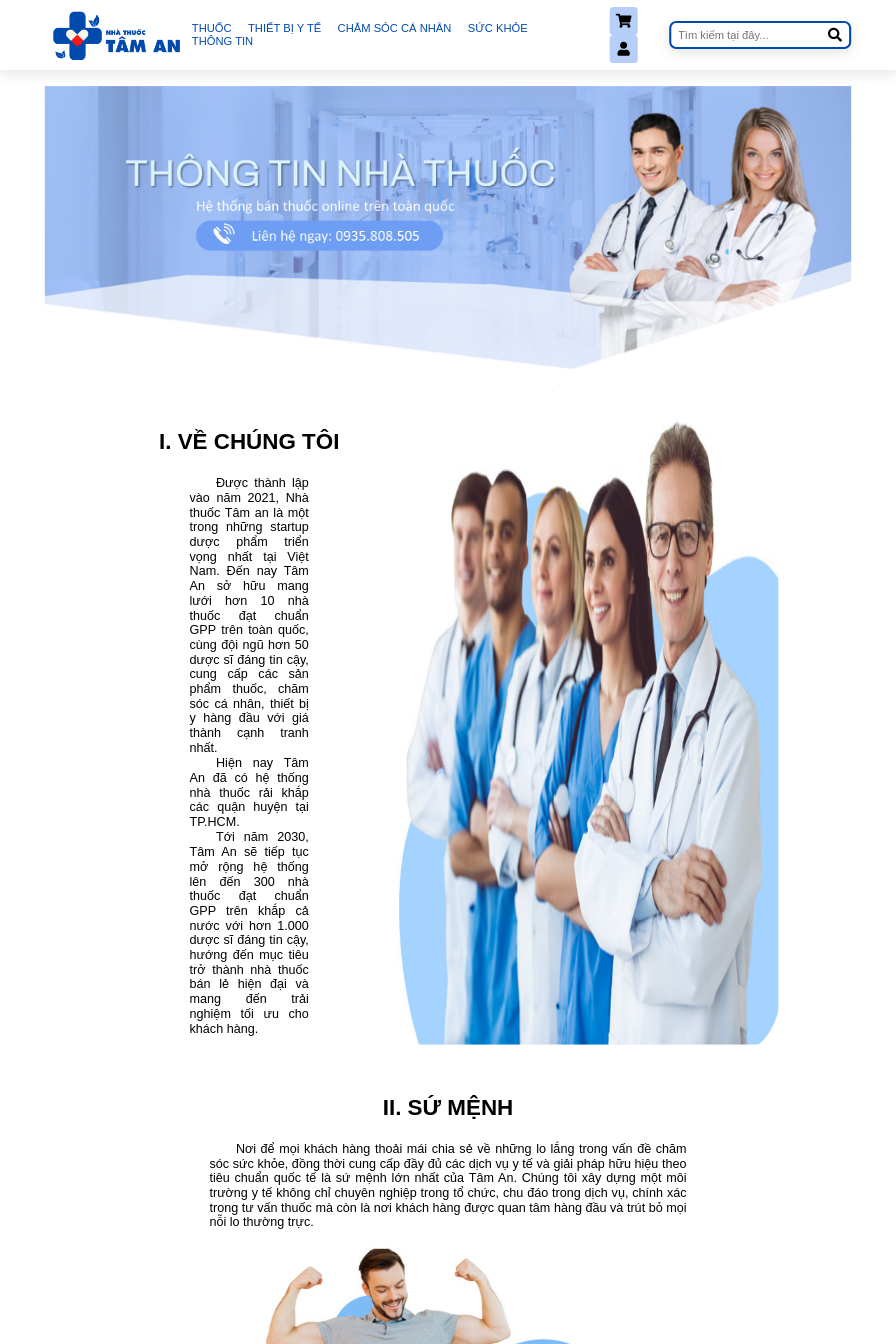
Repository: ViralAIWorks/TamAnPharmacy.github.io
Page: pages/thongtin.html
These files come from the project's save history. The page is drawn as it stood at one moment and after the next save; the edit follows.
The browser window is 1280 px wide. The pictures show the part of the page from y = 0 to 1920 px (the page is 2915 px tall before and 4819 px after), at 70% of full size.
Some web fonts or font styles are not loaded; a fallback is used.

Above is the page before, as saved 2022-03-14 10:23:25.

### pages/thongtin.html
<!DOCTYPE html>

<html lang="en">

<head>
    <meta charset="utf-8" />
    <meta http-equiv="X-UA-Compatible" content="IE-edge" />
    <meta name="viewport" content="width=devive-width, initial-scale=1.0" />
    <title>Tâm An - About Us</title>
    <link href="images/logo/Tâm An Pharmacy.png" rel="icon" />
    <!--CSS cho icon va framework-->
    <link rel="stylesheet" href="https://cdnjs.cloudflare.com/ajax/libs/font-awesome/5.15.4/css/all.min.css" />
    <!--Custom css-->
    <link href="style/style_cactrang.css" rel="stylesheet" />
    <!--Css cho mobile-->
    <link rel="stylesheet" href="https://unpkg.com/swiper@7/swiper-bundle.min.css" />
</head>

<body>
    <!--Tạo header-->
    <header class="header">
        <a href="/index.html">

            <img src="images/logo/logo2.png" class="logo" width="200" height="200" alt="tamanlogo" />
        </a>
        <!--tao thanh navbar-->
        <nav class="navbar">
            <a href="thuoc.html">THUỐC</a>
            <a href="thietbiyte.html">THIẾT BỊ Y TẾ</a>
            <a href="chamsoccanhan.html">CHĂM SÓC CÁ NHÂN</a>
            <a href="suckhoe.html">SỨC KHỎE</a>
            <a href="thongtin.html">THÔNG TIN</a>
        </nav>
        <!--tao thanh tim kiem, gio hang va nutlogin-->
        <div class="icons">
            <div class="fas fa-search" id="search-btn"></div>
            <div class="fas fa-shopping-cart" id="cart-btn"></div>
            <div class="fas fa-user" id="login-btn"></div>
        </div>

        <!--Tao form tim kiem-->
        <form action="" class="search-form">
            <input type="search" id="search-box" placeholder="Tìm kiếm tại đây..." />
            <label for="search-box" class="fas fa-search"></label>
        </form>
    </header>

    <!-- bodythongtin -->
    <main class="pagethongtin">
        <img src="images/aboutus.jpg" id="aboutus-picture">
        <br>
        <div class="content">
            <!-- Về chúng tôi -->
            <div class="infomation">
                <div class="flex-info">
                    <div>
                        <h3 class="titleSize">I. VỀ CHÚNG TÔI</h3>
                        <p class="align-p"> Được thành lập vào năm 2021, Nhà thuốc Tâm an là một trong những startup dược phẩm triển vọng nhất tại Việt Nam. Đến nay Tâm An sở hữu mang lưới hơn 10 nhà thuốc đạt chuẩn GPP trên toàn quốc, cùng đội ngũ hơn 50 dược sĩ đáng tin
                            cậy, cung cấp các sản phẩm thuốc, chăm sóc cá nhân, thiết bị y hàng đầu với giá thành cạnh tranh nhất.
                            <p class="align-p"> Hiện nay Tâm An đã có hệ thống nhà thuốc rải khắp các quận huyện tại TP.HCM.</p>
                            <p class="align-p"> Tới năm 2030, Tâm An sẽ tiếp tục mở rộng hệ thống lên đến 300 nhà thuốc đạt chuẩn GPP trên khắp cả nước với hơn 1.000 dược sĩ đáng tin cậy, hướng đến mục tiêu trở thành nhà thuốc bán lẻ hiện đại và mang đến trải nghiệm tối
                                ưu cho khách hàng.</p>
                        </p>
                    </div>
                    <img src="images/4NewInfo/2.png" class="img25-position">
                </div>
            </div>
            <br>
            <!-- Sứ mệnh -->
            <div class="destiny">
                <div class="grid-des">
                    <div id="margin-des">
                        <h3 class="titleSize">II. SỨ MỆNH</h3>
                        <p>Nơi để mọi khách hàng thoải mái chia sẻ về những lo lắng trong vấn đề chăm sóc sức khỏe, đồng thời cung cấp đầy đủ các dịch vụ y tế và giải pháp hữu hiệu theo tiêu chuẩn quốc tế là sứ mệnh lớn nhất của Tâm An. Chúng tôi xây dựng
                            một môi trường y tế không chỉ chuyên nghiệp trong tổ chức, chu đáo trong dịch vụ, chính xác trong tư vấn thuốc mà còn là nơi khách hàng được quan tâm hàng đầu và trút bỏ mọi nỗi lo thường trực.</p>
                        <img src="images/4NewInfo/3.png" id="img3-position">
                    </div>
                </div>
            </div>
            <br>
            <!-- Tầm nhìn -->
            <div class="vision">
                <div class="flex-vision">
                    <div>
                        <h3 class="titleSize">III. TẦM NHÌN</h3>
                        <p class="align-p">Chúng tôi hiểu rằng, y tế là một trong những lĩnh vực quan trọng bậc nhất để xây dựng một cộng đồng khỏe mạnh và phát triển. Đó là lý do Tâm An ra đời dựa trên nền tảng đội ngũ nhân sự có kinh nghiệm hoạt động dày dặn và những
                            nguồn lực dồi dào nhằm kiến tạo một môi trường y tế chuyên nghiệp, chất lượng, đầy đủ các dịch vụ, tạo ra nhiều tiện ích cho cộng đồng.</p>
                    </div>
                    <img src="images/4NewInfo/5.png" class="img25-position">
                </div>
            </div>
        </div>
    </main>
</body>
<footer>
    <div class="list">
        <div class="footer-menu">
            <h2>VỀ CHÚNG TÔI</h2>
            <div class="ft-list">
                <a href=""> Giới thiệu </a>
                <a href=""> Hệ thống cửa hàng </a>
                <a href=""> Giấy phép kinh doanh </a>
                <a href=""> Quy chế hoạt động </a>
                <a href=""> Chính sách đặt cọc </a>
                <a href=""> Chính sách đổi trả thuốc </a>
                <a href=""> Chính sách giao hàng </a>
                <a href=""> Chính sách bảo mật </a>
                <a href=""> Chính sách thanh toán </a>
                <a href=""> Kiểm tra hóa đơn điện tử </a>
                <a href=""> Tra cứu đơn hàng </a>
            </div>
        </div>
        <div class="footer-menu">
            <h2>DANH MỤC</h2>
            <div class="ft-list">
                <a href=""> Thực phẩm chức năng </a>
                <a href=""> Dược mỹ phẩm </a>
                <a href=""> Chăm sóc cá nhân </a>
                <a href=""> Thuốc </a>
                <a href=""> Trang thiết bị y tế </a>
                <a href=""> Bệnh </a>
            </div>
        </div>
        <div class="footer-menu">
            <h2>THỰC PHẨM CHỨC NĂNG</h2>
            <div class="ft-list">
                <a href="">Cải thiện tăng cường chức năng</a>
                <a href=""> Thảo dược-Thực phẩm tư nhân </a>
                <a href=""> Vitamin </a>
                <a href=""> Hỗ trợ điều trị </a>
                <a href=""> Canxi </a>
            </div>
        </div>
        <div class="footer-contact_width">
            <div class="ft-contact">
                <div>
                    <p class="ft-service">Tư vấn mua hàng (miễn phí)</p>
                    <a href="" class="phone">0696 9696 - Hotline</a>
                </div>
                <div>
                    <p class="ft-service">Góp ý, khiếu nại</p>
                    <a href="" class="phone">0123 4567 - Hotline</a>
                </div>

            </div>
        </div>
    </div>

</footer>

</html>

### pages/style/style_cactrang.css
@import url("https://fonts.googleapis.com/css2?family=Source+Sans+3:ital,wght@0,200;0,300;0,400;0,500;0,600;0,700;0,800;0,900;1,200;1,300;1,400;1,500;1,600;1,700;1,800;1,900&display=swap");
:root {
    --box-shadow: 0 0.5rem 1.5rem rgba(0, 0, 0, 0.1);
    --border: 0.2rem solid rgba(0, 0, 0, 0.1);
    --outline: 0.1rem solid rgba(0, 0, 0, 0.1);
    --outline-hover: 0.2rem solid var(--black);
}


/*css cho nen trang web*/

* {
    font-family: "Source Sans 3", sans-serif;
    padding: 0px;
    margin: 0px;
    box-sizing: border-box;
    outline: none;
    border: none;
    text-decoration: none;
    text-transform: None;
    transition: all 0.2s linear;
}

body {
    margin: 0;
}


/*html*/

html {
    font-size: 75%;
}


/*css cho header*/

.header {
    display: flex;
    justify-content: space-between;
    align-items: center;
    padding: 0px 5%;
    position: fixed;
    top: 0;
    left: 0;
    right: 0;
    background: white;
    z-index: 1000;
    box-shadow: var(--box-shadow);
    max-height: 100px;
}

.header .logo {
    cursor: pointer;
}

.header .navbar a {
    font-size: 16px;
    font-family: "Source Sans 3", sans-serif;
    color: #004aad;
    font-weight: 500;
    text-decoration: none;
    transition: all 0.3s ease 0s;
    display: inline-block;
    padding: 0px 10px;
}


/*hover: hieu ung khi di chuot toi vi tri*/

.header .navbar a:hover {
    color: aqua;
}

.header .icons div:hover {
    color: white;
}

.header .search-form label:hover {
    color: Highlight;
}

.header .icons div {
    height: 40px;
    width: 40px;
    line-height: 40px;
    border-radius: 5px;
    background: #b6cff9;
    color: var(--black);
    font-size: 20px;
    margin-left: 2px;
    cursor: pointer;
    text-align: center;
}


/*an icon tim kiem lon*/

#search-btn {
    display: none;
}

.header .search-form {
    position: sticky;
    overflow: hidden;
    border-radius: 10px;
    display: flex;
    box-shadow: var(--box-shadow);
    align-items: center;
    width: auto;
    height: 40px;
    border-style: solid;
    border-color: #004aad;
}

.header .search-form.active {
    right: 2rem;
    transition: 0.4s linear;
}

.header .search-form input {
    height: 100%;
    width: 100%;
    background: none;
    text-transform: none;
    font-size: 16px;
    color: var(--black);
    padding: 0px 10px;
}


/* icon kính lúp*/

.header .search-form label {
    font-size: 20px;
    padding-right: 10px;
    color: var(--black);
    cursor: pointer;
}


/*Picture*/

#aboutus-picture {
    position: center;
    width: 100%;
    height: 100%;
    display: block;
    padding-top: 2%;
}


/*Page Thong Tin*/

.pagethongtin {
    margin-top: 100px;
    margin-left: 5%;
    margin-right: 5%;
    font-family: "Source Sans 3", sans-serif;
    font-size: large;
}

main div h3 {
    text-align: center;
}

main div p {
    text-indent: 1cm;
    text-align: justify;
    margin: 1px 10%;
    padding-bottom: 0.5cm;
}

main {
    display: grid;
    grid-template-rows: auto;
}

.titleSize {
    font-size: xx-large;
    margin-bottom: 30px;
}

.flex-info,
.flex-vision {
    display: flex;
}

.content div {
    margin-top: 2%;
    padding: 0 50px;
}

.align-p {
    padding: 0 10%;
}

.grid-des {
    display: grid;
}

#img3-position {
    position: relative;
    left: 15%;
    width: auto;
    height: auto;
}

.img25-position {
    border-radius: 10%;
    width: auto;
}

.list {
    display: flex;
    margin-left: 10%;
    margin-top: 1%;
    text-align: left;
}

.footer-menu {
    width: 15%;
}

.footer-contact_width {
    width: 30%;
}

.ft-list {
    display: grid;
    font-size: medium;
}

.ft-list a {
    padding: 1% 0;
}

.ft-contact {
    display: flex;
}

.ft-contact div {
    padding-left: 10%;
    font-size: large;
}

.phone {
    color: #1d48ba;
    display: inline;
}

After the next save:
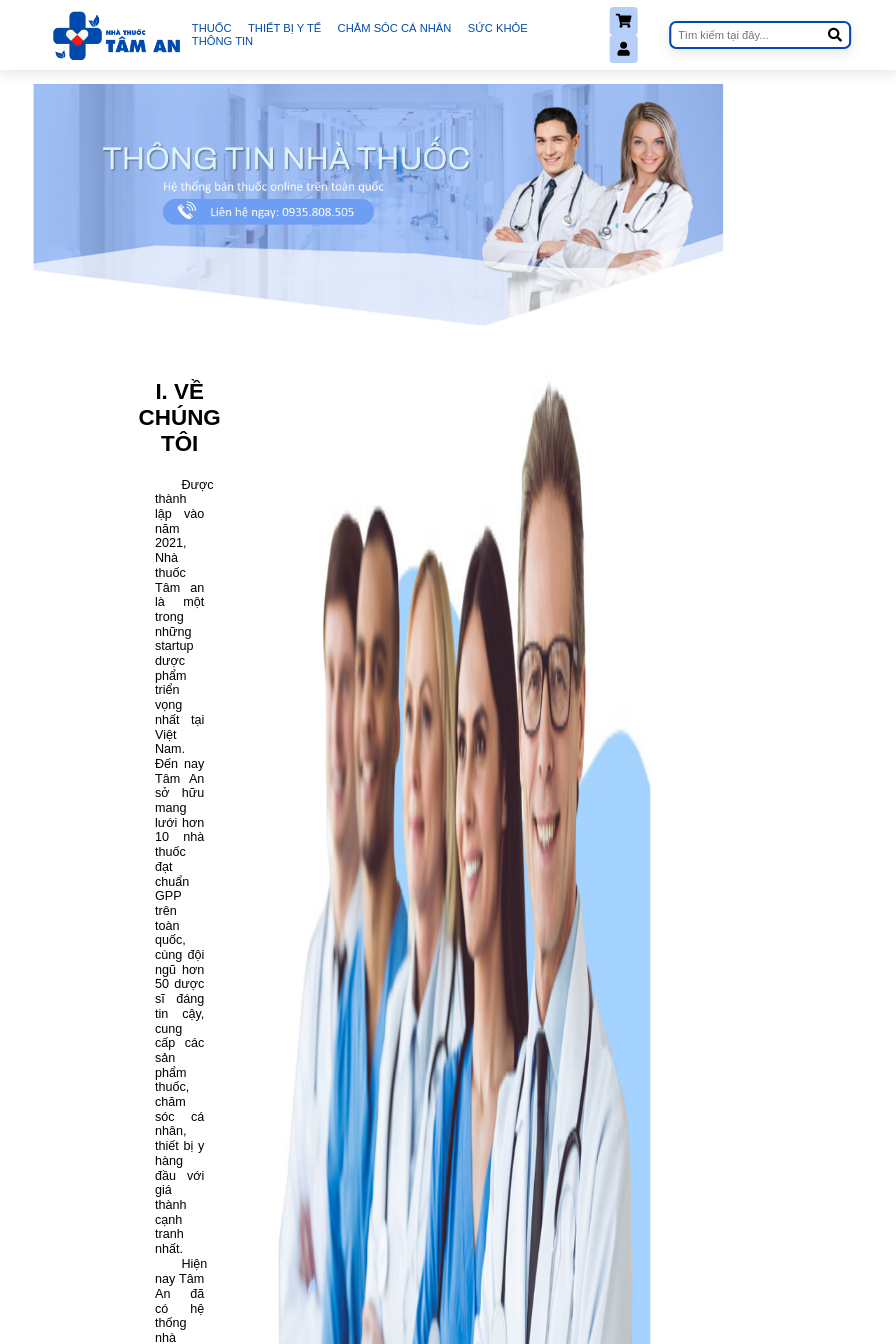
Saved 11 s later.
--- a/pages/style/style_cactrang.css
+++ b/pages/style/style_cactrang.css
@@ -23,6 +23,7 @@
 
 body {
     margin: 0;
+    width: 960px;
 }
 
 

After the save that followed:
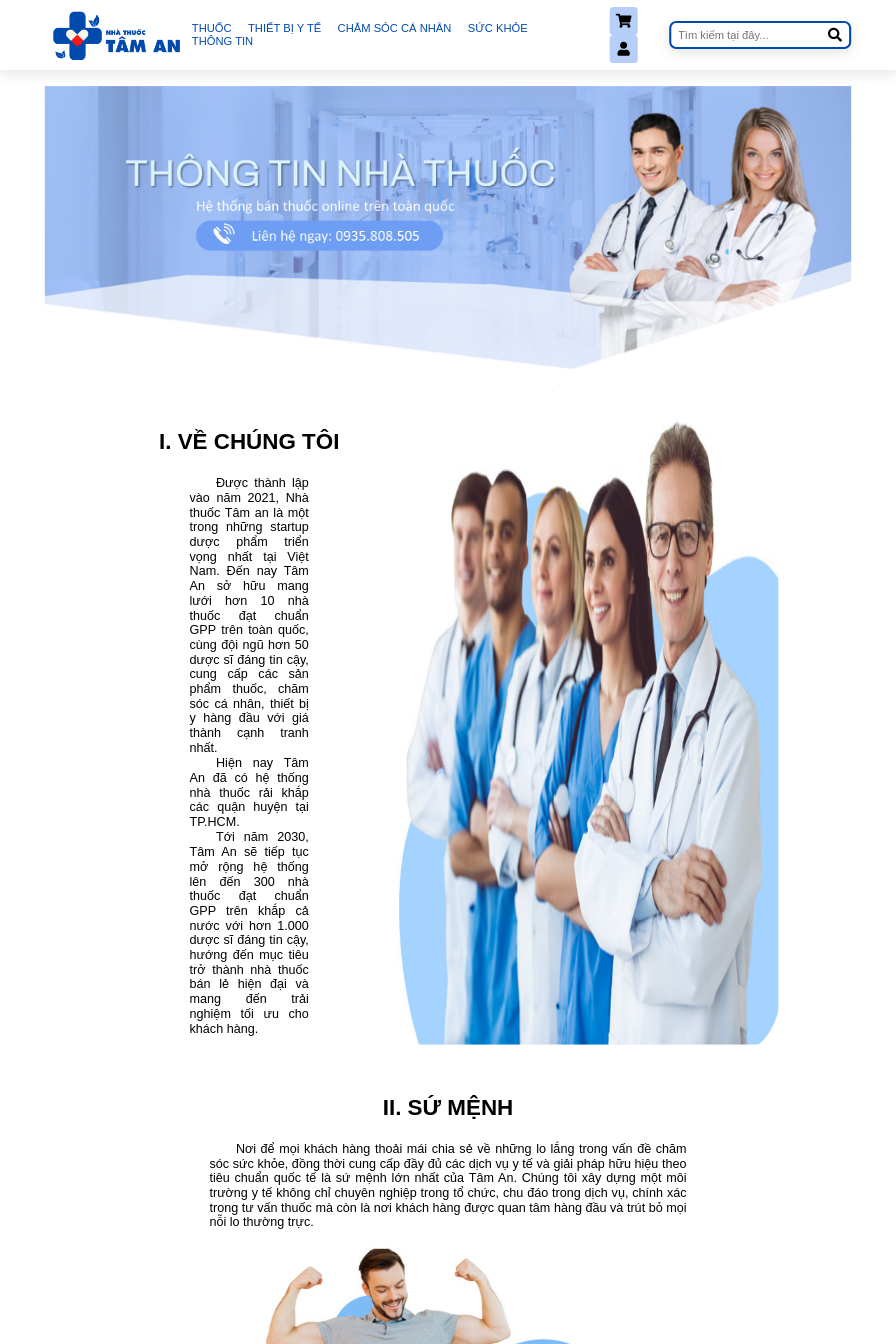
Saved 7 s later.
--- a/pages/style/style_cactrang.css
+++ b/pages/style/style_cactrang.css
@@ -23,7 +23,6 @@
 
 body {
     margin: 0;
-    width: 960px;
 }
 
 
